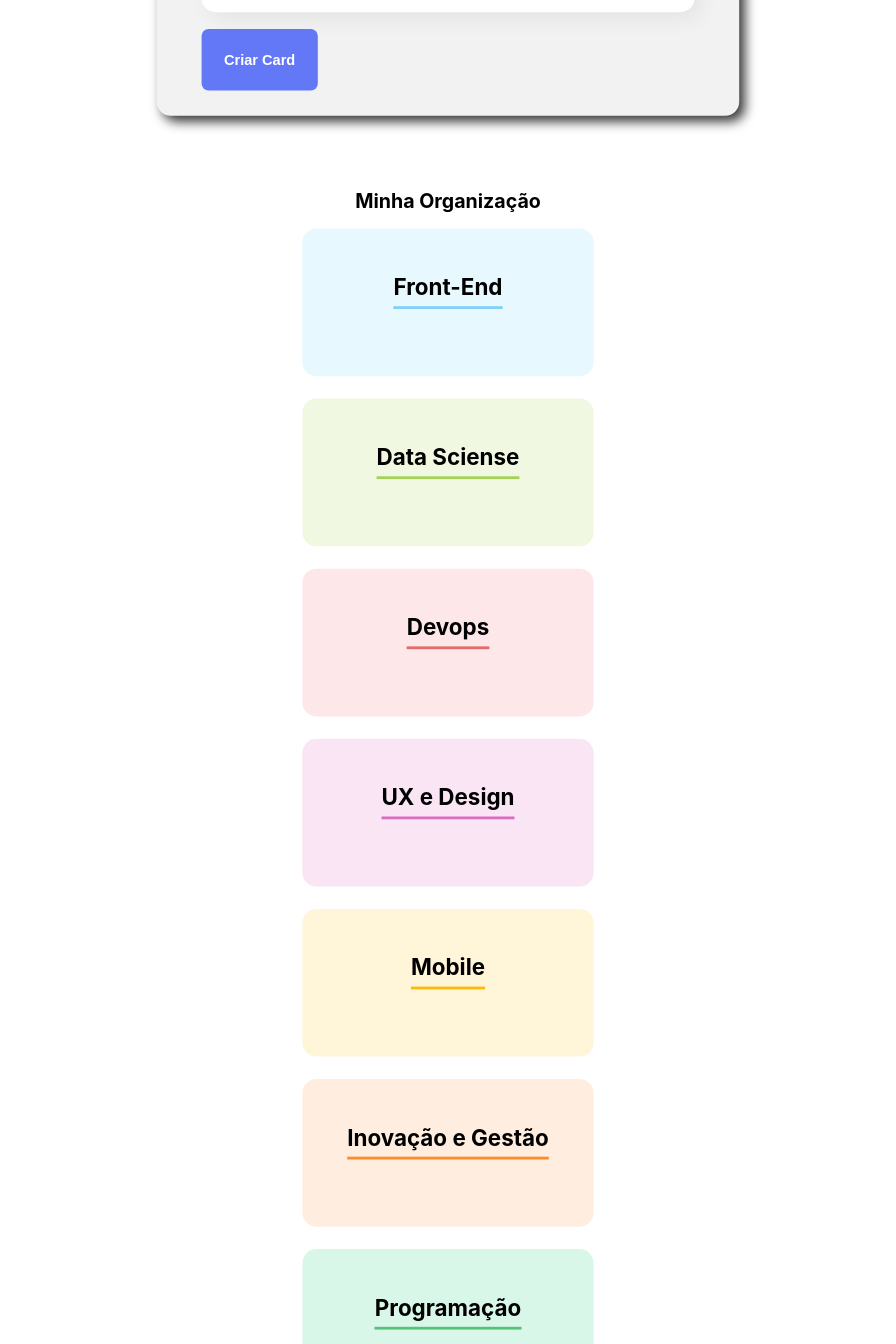
Repository: guilhermecardoso93/organo
Page: /
The author's editor kept a copy of each file at every save. The page is drawn from the files as they stood at one save, then again after the next save.
The browser window is 1280 px wide. The pictures show the part of the page from y = 1238 to 3158 px (the page is 3314 px tall before and 3428 px after), at 70% of full size.
The project was rebuilt for these pictures with package versions that can differ from the ones it lists, and the page was loaded fresh each time. Also part of the build but not shown: src/components/Times/components/Card/styles.css, src/components/Times/components/Card/index.js.

Above is the page before, as saved 2024-05-27 19:21:51.

After the next save:
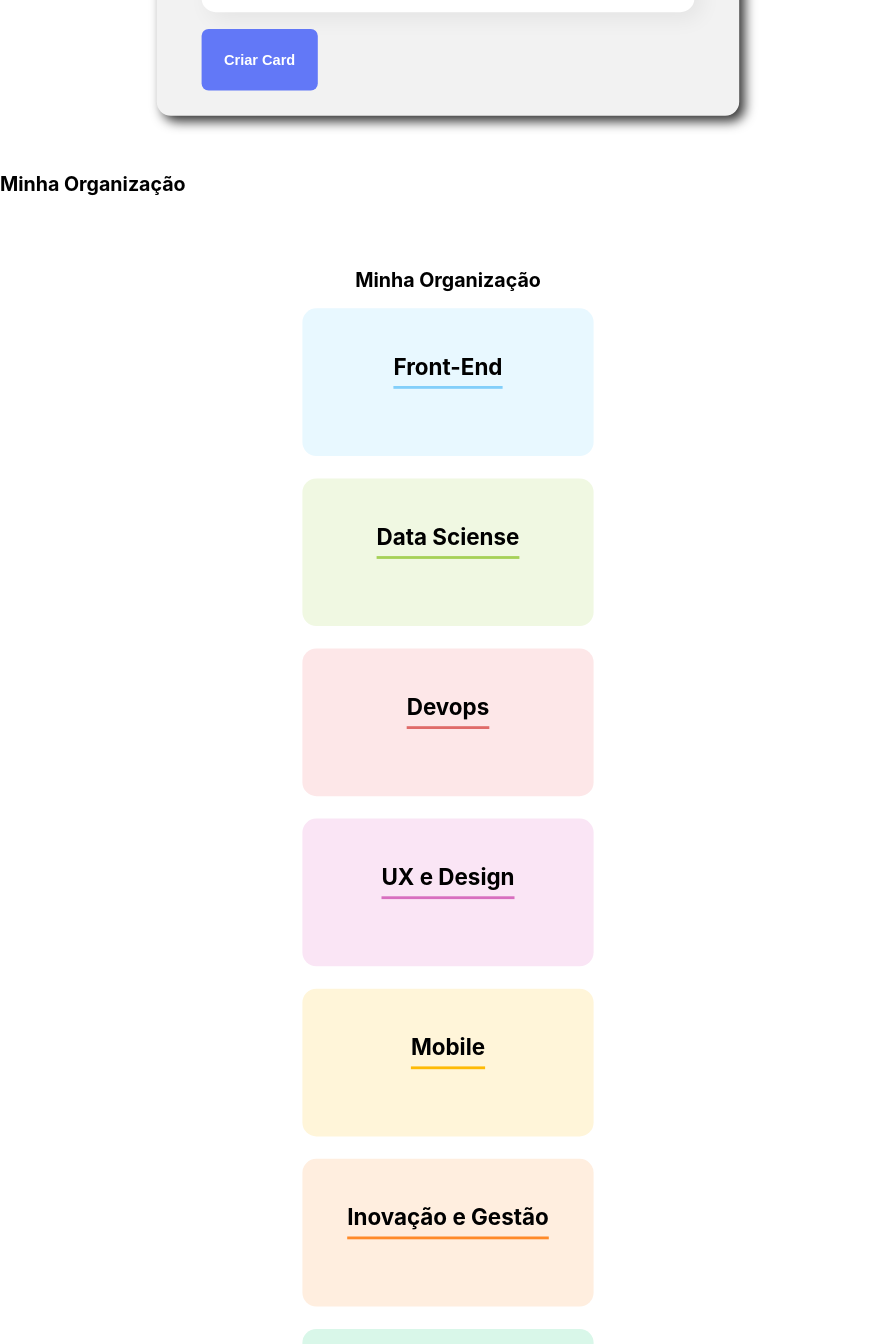
Saved 92 s later.
--- a/src/App.js
+++ b/src/App.js
@@ -56,7 +56,9 @@ export default function App(handleChangeColaboradores) {
           handleNewColaboradores(colaborador)
         }
       />
-
+      <div>
+        <h2>Minha Organização</h2>
+      </div>
       <Times colaboradores={colaboradores} />
     </div>
   );
